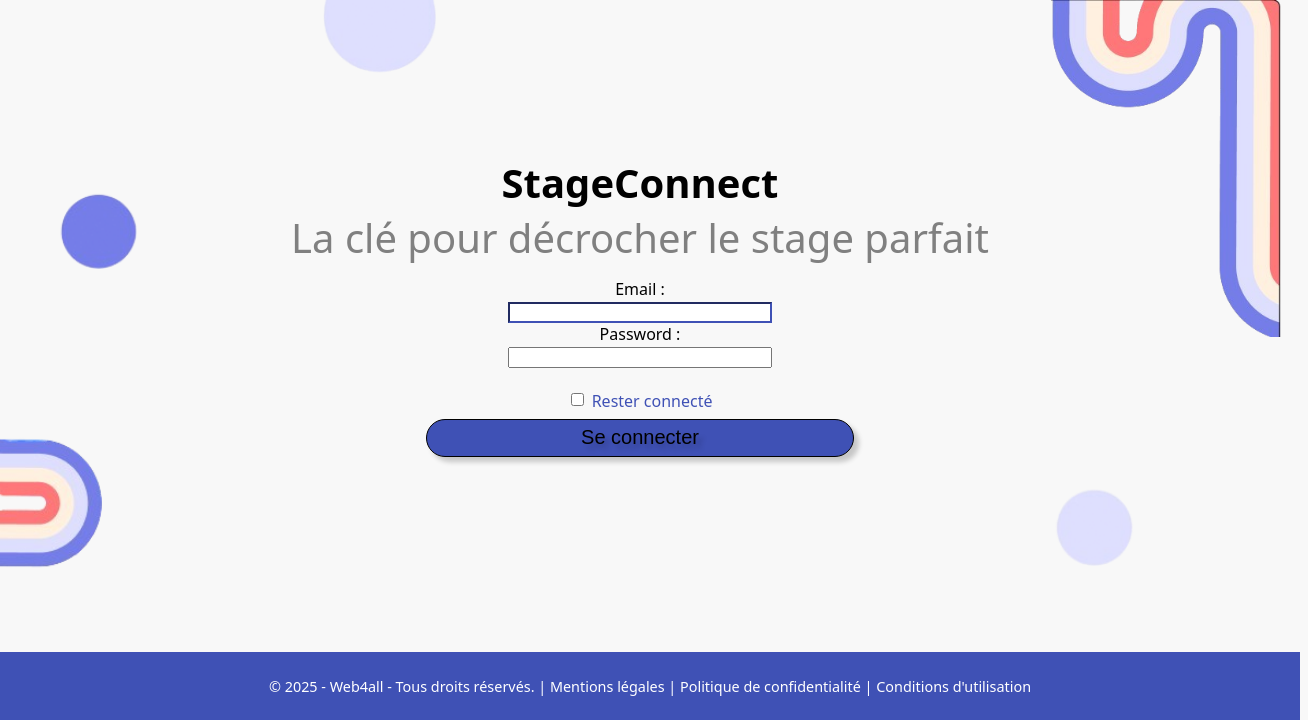
Repository: Guyllem/GroupeWeb
Page: pages/connexion.html
An editor plug-in stored every save of this project. The page is shown before and after the next save, followed by the edit.
The browser window is 1280 px wide. The page is 1281 px wide, then 1308 px, so the pictures cover 1308 px, including what lies to the right of the window. The pictures show the whole page.

Above is the page before, as saved 2025-02-13 18:33:00.

After the next save:
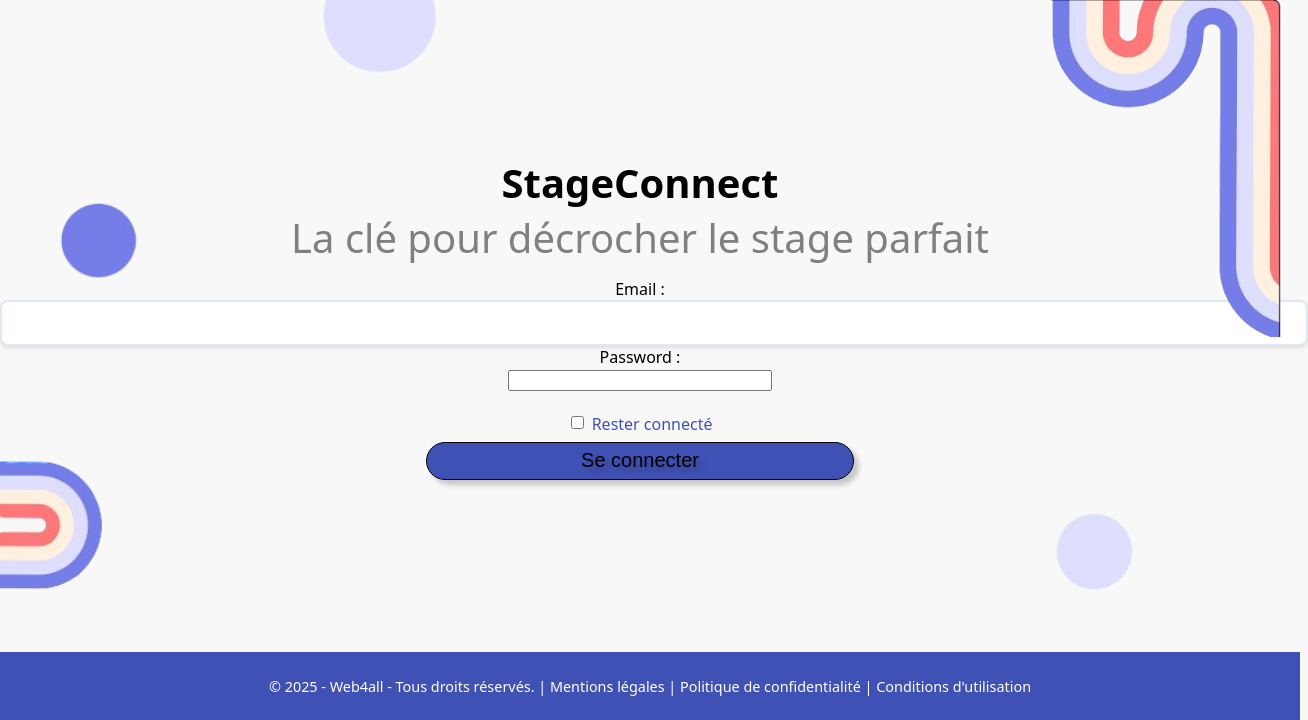
Saved 50 s later.
--- a/styles.css
+++ b/styles.css
@@ -128,9 +128,15 @@ footer a {
 }
 
 .email-form input{
-    border-color: #3F51B5 ;
-    width: 20%;
-    height: auto;
+    width: 100%; /* Largeur maximale */
+    padding: 12px; /* Espacement intérieur */
+    border: 2px solid #e2e8f0; /* Bordure grise */
+    border-radius: 8px; /* Coins arrondis */
+    font-size: 1rem; /* Taille de la police */
+    color: #2d3748; /* Couleur du texte */
+    background-color: #ffffff; /* Fond blanc */
+    transition: all 0.3s ease; /* Transition fluide */
+    box-shadow: 0 2px 4px rgba(0, 0, 0, 0.1);
 }
 
 .password-form input{
